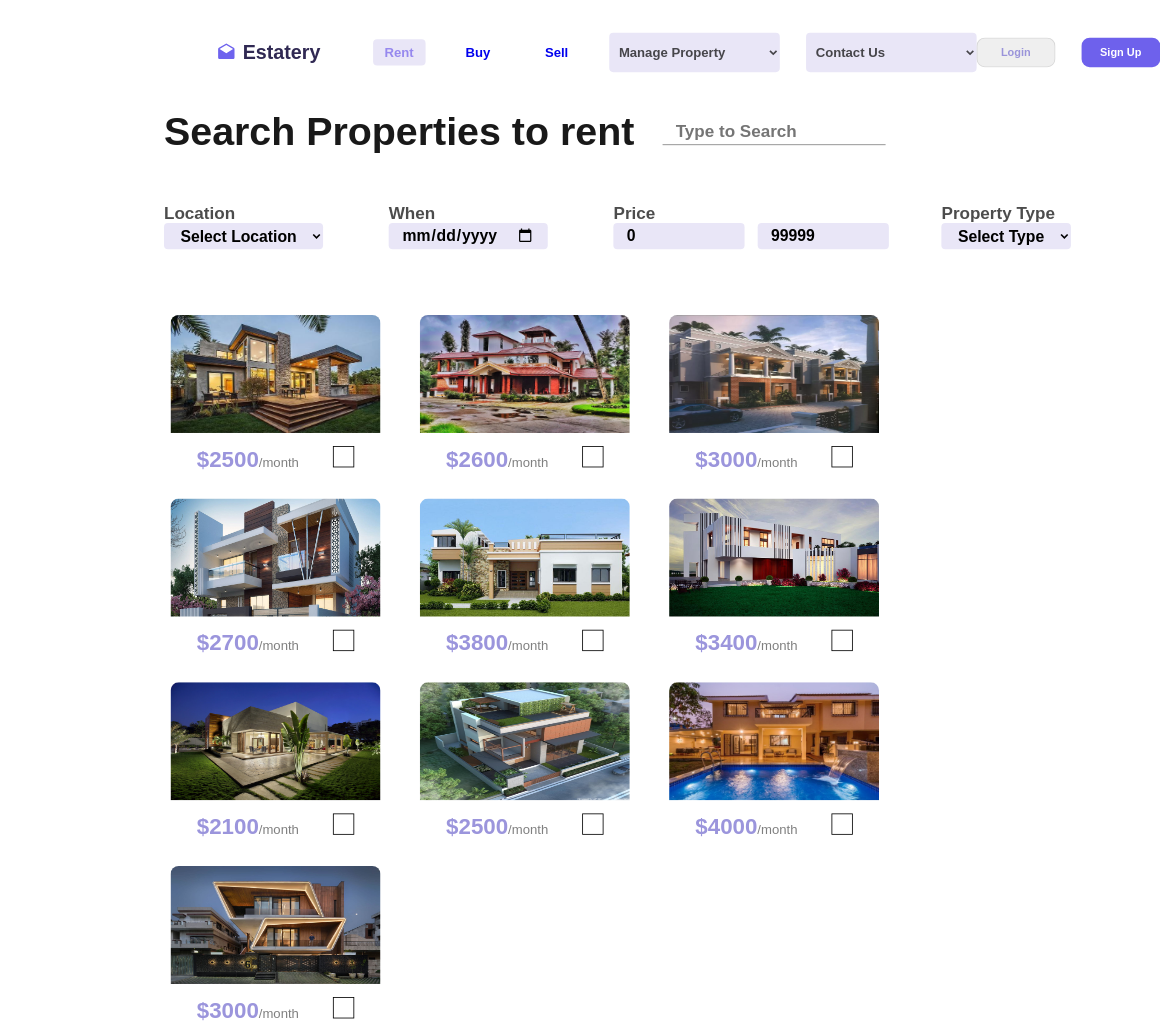
Repository: kapil4457/Reunion-Internship-Assignment
Page: /
An editor plug-in stored every save of this project. The page is shown before and after the next save, followed by the edit.
The browser window is 1280 px wide. The page is 1415 px wide, so the pictures cover 1415 px, including what lies to the right of the window. The pictures show the whole page, at 82% of full size.
The project was rebuilt for these pictures with package versions that can differ from the ones it lists, and the page was loaded fresh each time. Also part of the build but not shown: src/App.css.

Above is the page before, as saved 2022-10-07 18:30:51.

### public/index.html
<!DOCTYPE html>
<html lang="en">
  <head>
    <meta charset="utf-8" />
    <link rel="icon" href="%PUBLIC_URL%/favicon.ico" />
    <meta name="viewport" content="width=device-width, initial-scale=1" />
    <meta name="theme-color" content="#000000" />
    <meta
      name="description"
      content="Web site created using create-react-app"
    />
    <link href="https://fonts.googleapis.com/css2?family=Roboto:ital,wght@1,300&display=swap" rel="stylesheet">
    <link rel="apple-touch-icon" href="%PUBLIC_URL%/logo192.png" />
    <link rel="preconnect" href="https://fonts.googleapis.com">
    <link rel="preconnect" href="https://fonts.googleapis.com">
    <!--
      manifest.json provides metadata used when your web app is installed on a
      user's mobile device or desktop. See https://developers.google.com/web/fundamentals/web-app-manifest/
    -->
    <link rel="manifest" href="%PUBLIC_URL%/manifest.json" />
    <!--
      Notice the use of %PUBLIC_URL% in the tags above.
      It will be replaced with the URL of the `public` folder during the build.
      Only files inside the `public` folder can be referenced from the HTML.

      Unlike "/favicon.ico" or "favicon.ico", "%PUBLIC_URL%/favicon.ico" will
      work correctly both with client-side routing and a non-root public URL.
      Learn how to configure a non-root public URL by running `npm run build`.
    -->
    <title>React App</title>
  </head>
  <body>
    <noscript>You need to enable JavaScript to run this app.</noscript>
    <div id="root"></div>
    <!--
      This HTML file is a template.
      If you open it directly in the browser, you will see an empty page.

      You can add webfonts, meta tags, or analytics to this file.
      The build step will place the bundled scripts into the <body> tag.

      To begin the development, run `npm start` or `yarn start`.
      To create a production bundle, use `npm run build` or `yarn build`.
    -->
  </body>
</html>

### src/index.css
*{
  font-family: 'Poppins', sans-serif;
  font-weight:600;
}

/* Chrome, Safari, Edge, Opera */
input::-webkit-outer-spin-button,
input::-webkit-inner-spin-button {
  -webkit-appearance: none;
  margin: 0;
}

/* Firefox */
input[type=number] {
  -moz-appearance: textfield;
}

### src/App.js
import { Route, Routes } from 'react-router-dom';
import './App.css';
import Header from './components/Header/Header';
import Home from  './components/Home/Home'
import Rent from './components/Rent/Rent';

function App() {
  return (
    <>
    <Header />
    <Routes>
      <Route path='/' element={<Home/>}/>
      <Route path='/rent' element={<Rent/>}/>
    </Routes>
    </>
  );
}

export default App;

### src/components/Header/Header.jsx
import React from "react";
import DraftsIcon from "@mui/icons-material/Drafts";
import { NavLink } from "react-router-dom";
import "./Header.css";
const Header = () => {
  return (
    <>
      <div className="header">
        <div className="left">
          <div className="logo">
            <DraftsIcon />
            <span>Estatery</span>
          </div>
          <div className="categories">
            <NavLink
              to="/rent"
              className={({ isActive }) => (isActive ? "activeClass" : "")}
            >
              Rent
            </NavLink>
            <NavLink
              to="/buy"
              className={({ isActive }) => (isActive ? "activeClass" : "")}
            >
              Buy
            </NavLink>
            <NavLink
              to="/sell"
              className={({ isActive }) => (isActive ? "activeClass" : "")}
            >
              Sell
            </NavLink>
            <select name="" id="manage">
              <option value="Manage Property" hidden>
                Manage Property
              </option>
              <option value="Owned">Owned</option>
              <option value="BookMarked">BookMarked</option>
            </select>
            <select name="" id="resources">
              <option value="contact">Contact Us</option>
              <option value="FAQ">FAQ</option>
            </select>
          </div>
        </div>
        <div className="right">
          <button className="login">Login</button>
          <button className="sign-up">Sign Up</button>
        </div>
      </div>
    </>
  );
};

export default Header;

### src/components/Home/Home.jsx
import React, { useEffect } from "react";
import { useNavigate } from "react-router-dom";

const Home = () => {
  const navigate = useNavigate();
  useEffect(() => {
    navigate("/rent");
  });
  return <></>;
};

export default Home;

### src/components/Rent/Rent.jsx
import React, { useState } from "react";
import { home } from "../../home";
import RentCard from "../RentCard/RentCard";
import "./Rent.css";
const Rent = () => {
  const [location, setlocation] = useState("");
  const [rangeMin, setMinRange] = useState(0);
  const [rangeMax, setMaxRange] = useState(99999);
  const [type, setType] = useState("");
  const [date, setDate] = useState(new Date());
  const [typed, setTyped] = useState("");

  //date -> YY/MM/DD format
  const filtering = (val) => {
    var dateNow = new Date(val.moveIn);
    var date2 = new Date(date);

    if (
      (location === "" || location == val.state) &&
      (parseInt(rangeMax) > val.price || rangeMax == "") &&
      (parseInt(rangeMin) < val.price || rangeMin == "") &&
      type === "" &&
      date2 <= dateNow &&
      (typed === "" || val.state.includes(typed) || val.address.includes(typed))
    ) {
      console.log(date2, dateNow);
      return true;
    }
  };
  return (
    <>
      <div className="rent-main">
        <div className="first">
          <div className="heading">Search Properties to rent</div>
          <input
            className="search-bar"
            placeholder="Type to Search"
            value={typed}
            onChange={(e) => {
              setTyped(e.target.value);
            }}
          />
        </div>
        <div className="second">
          <div>
            <span>Location</span>
            <select
              name=""
              id=""
              onChange={(e) => {
                setlocation(e.target.value);
              }}
            >
              <option value="" hidden>
                Select Location
              </option>
              <option value="Bathinda">Bathinda</option>
              <option value="Nagpur">Nagpur</option>
              <option value="Lonavala">Lonavala</option>
              <option value="Chandigarh">Chandigarh</option>
              <option value="Pune">Pune</option>
              <option value="Shimla">Shimla</option>
              <option value="Kochi">Kochi</option>
              <option value="Banaras">Banaras</option>
              <option value="Banglore">Banglore</option>
              <option value="Aurangabad">Aurangabad</option>
            </select>
          </div>
          <div>
            <span>When</span>
            <input
              type="date"
              onChange={(e) => {
                setDate(e.target.value);
              }}
            />
          </div>
          <div>
            <span>Price</span>
            <div>
              {/* <input
                type="range"
                name=""
                className="price-range"
                max={10000}
                min={500}
                onChange={(e) => {
                  setRange(e.target.value);
                }}
              />
              <span>{range}</span> */}
              <input
                type="number"
                placeholder="Minimum"
                value={rangeMin}
                onChange={(e) => {
                  setMinRange(e.target.value);
                }}
              />
              <input
                type="number"
                placeholder="Maximum"
                value={rangeMax}
                onChange={(e) => {
                  setMaxRange(e.target.value);
                }}
              />
            </div>
          </div>
          <div>
            <span>Property Type</span>
            <select
              name=""
              id=""
              onChange={(e) => {
                setType(e.target.value);
              }}
            >
              <option value="" hidden>
                Select Type
              </option>
              <option value="">Villa</option>
              <option value="">Flats</option>
              <option value="">RowHouse</option>
            </select>
          </div>
        </div>
        <div className="rent-cards">
          {home.filter(filtering).map((item, idx) => (
            <RentCard data={item} key={idx} />
          ))}
        </div>
      </div>
    </>
  );
};

export default Rent;

### src/components/Header/Header.css

.header{
display:flex;
justify-content:space-between;
align-items:center;
padding:2rem 4rem;
}

.left{
    display:flex;
    align-items:center;
    gap:4rem;
}
.left > .logo{
    display:flex;
    align-items:center;
    gap:0.5rem;
    font-size:1.5rem;
    font-weight:650;
    color:rgb(48,41,83);
}

.left > .logo > svg{
    color:rgb(110,99,238);
}

.categories{
    display:flex;
    align-items:center;
    gap:2rem;
}

.categories > a{
    text-decoration:none;
    font-weight:550;
    height:2rem;
    display:flex;
    align-items:center;
    width:4rem;
    justify-content: center;
}

.activeClass{
    color:rgb(150, 136, 238);
    background-color: rgb(233,230,247);
    border-radius: 5px;
}

.categories > select{
    width:13rem;
    height:3rem;
    border:none;
    outline:none;
    color:rgba(0,0,0,0.7);
    font-weight:550;
    background-color:rgb(233,230,247);
    border-radius:5px;
    padding:0 0.5rem;
    font-size:1rem;
}

.categories > select > option{
    font-size:1rem;
    font-weight:550;

}
.right{
    display:flex;
    align-items:center;
    gap:2rem;

}

.right > button {
    width:6rem;
    height:2.3rem;
    border-radius:10px;
    outline:none;

}

.login{
border:1px solid rgba(0,0,0,0.1);
color:rgb(154, 148, 218);
font-weight:650;
cursor:pointer;
}

.sign-up
{
    background-color:rgb(110,97,236);
    color:white;
    cursor:pointer;
    border:none;
}

### src/home.js
export const home = [

        {
            state:"Nagpur",
            price:2500,
            address:" Lorem ipsum dolor sit amet consectetur adipisicing elit. Quis",
            bedCount:2,
            bathCount:2,
            area:"8x10",
            image:"h1.jpg",
            moveIn:new Date(2022,10,20),
            type:"Villa"

        },
        {
            state:"Lonavala",
            price:2600,
            address:" Lorem ipsum dolor sit amet consectetur adipisicing elit. Quis",
            bedCount:2,
            bathCount:2,
            area:"8x12",
            image:"h2.jpg",
            moveIn:new Date(2022,11,20),
            type:"Flats"



        },     {
            state:"Bathinda",
            price:3000,
            address:" Lorem ipsum dolor sit amet consectetur adipisicing elit. Quis",
            bedCount:3,
            bathCount:2,
            area:"10x12",
            image:"h3.jpg",
            moveIn:new Date(2022,11,12),
            type:"RowHouse"



        },     {
            state:"Chandigarh",
            price:2700,
            address:" Lorem ipsum dolor sit amet consectetur adipisicing elit. Quis",
            bedCount:2,
            bathCount:2,
            area:"10x10",
            image:"h4.jpg",
            moveIn:new Date(2023,1,20),
            type:"Villa"



        },     {
            state:"Pune",
            price:3800,
            address:" Lorem ipsum dolor sit amet consectetur adipisicing elit. Quis",
            bedCount:3,
            bathCount:3,
            area:"8x10",
            image:"h5.jpg",
            moveIn:new Date(2023,1,10),
            type:"Flats"


        },     {
            state:"Shimla",
            price:3400,
            address:" Lorem ipsum dolor sit amet consectetur adipisicing elit. Quis",
            bedCount:3,
            bathCount:2,
            area:"12x10",
            image:"h6.jpg",
            moveIn:new Date(2023,2,15),
            type:"RowHouse"



        },     {
            state:"Kochi",
            price:2100,
            address:" Lorem ipsum dolor sit amet consectetur adipisicing elit. Quis",
            bedCount:2,
            bathCount:2,
            area:"9x10",
            image:"h7.jpg",
            moveIn:new Date(2023 , 2 ,15),
            type:"Villa"


        },     {
            state:"Banaras",
            price:2500,
            address:" Lorem ipsum dolor sit amet consectetur adipisicing elit. Quis",
            bedCount:2,
            bathCount:2,
            area:"8x10",
            image:"h8.jpg",
            moveIn:new Date(2023 , 3 ,19),
            type:"Flats"



        },     {
            state:"Banglore",
            price:4000,
            address:" Lorem ipsum dolor sit amet consectetur adipisicing elit. Quis",
            bedCount:3,
            bathCount:2,
            area:"10x14",
            image:"h9.jpg",
            moveIn:new Date(2023 , 5 , 19),
            type:"RowHouse"



        },     {
            state:"Aurangabad",
            price:3000,
            address:" Lorem ipsum dolor sit amet consectetur adipisicing elit. Quis",
            bedCount:2,
            bathCount:2,
            area:"8x10",
            image:"h10.jpg",
            moveIn:new Date(2023 , 6 , 6),
            type:"Villa"



        },

]

### src/components/RentCard/RentCard.jsx
import React from "react";
import "./RentCard.css";
import FavoriteBorderIcon from "@mui/icons-material/FavoriteBorder";
const RentCard = ({ data }) => {
  console.log(data);
  return (
    <div className="rent-card-main">
      <div className="main-image">
        <img src={`${data.image}`} alt="" />
      </div>
      <div className="rent-card-info">
        <div className="rent-card-price">
          <div>
            <span>${data.price}</span>/month
          </div>
          <FavoriteBorderIcon />
        </div>
      </div>
    </div>
  );
};

export default RentCard;

### src/components/Rent/Rent.css
body{

    padding:0 12rem;
}

.first{
    display:flex;
    height:5rem;
    justify-content: space-between;
    align-items:center;
    margin-bottom:3rem;
}

.first > .heading{
    font-size:3rem;
    font-weight:650;
    color:rgba(0,0,0,0.9);
}

.first > .search-bar{
    width:15rem;
    padding:0 1rem;
    border:none;
    border-bottom:1px solid gray;
    outline:none;
    height:2rem;
    font-size:1.3rem;
}
.second > div >select {
    font-size:1.2rem;
    height:2rem;
    padding:0 1rem;
    border-radius:5px;
    border:none;
    outline:none;
    background-color:rgb(233,230,247);
}
.second > div >input  , .second > div >div>input {
    font-size:1.2rem;
    height:2rem;
    border-radius:5px;
    border:none;
    outline:none;
    padding:0 1rem;

    background-color:rgb(233,230,247);
}

.second > div >div{
display:flex;
gap:1rem;

}
.second > div >div>input{
width:8rem;

}
.second{
    display: flex;
    gap:5rem;
}
.second>div{
    display:flex;
    flex-direction: column;
    width:20rem;
}

.second >div>span{
    color:rgba(0,0,0,0.7);
    font-size:1.3rem;
    font-weight:550;
}


.rent-cards{
    display:grid;
    grid-template-columns: 1fr 1fr 1fr;
    margin-top:5rem;
    place-items:center;
    gap:2rem;
    border-radius:10px;
}

### src/components/RentCard/RentCard.css

.main-image{
    width:20vw;
    border-radius:10px 10px 0 0;
    height:20vh;
}
.rent-card-info{
    padding:1rem 2rem 0 2rem;

}

.main-image > img{
    border-radius:10px 10px 0 0;
width:100%;
height:100%;
}

.rent-card-price{
    display:flex;
    justify-content:space-between;

}
.rent-card-price >div{
    color:gray;
    font-weight: 500;
}
.rent-card-price > svg{
    color:white;
    border:1px solid black;
}

.rent-card-price >div > span{
    font-size:1.7rem;
    font-weight:600;
    color:rgb(155,149,220);
}

Loaded but not shown: src/index.js (common file); src/reportWebVitals.js (common file)

After the next save:
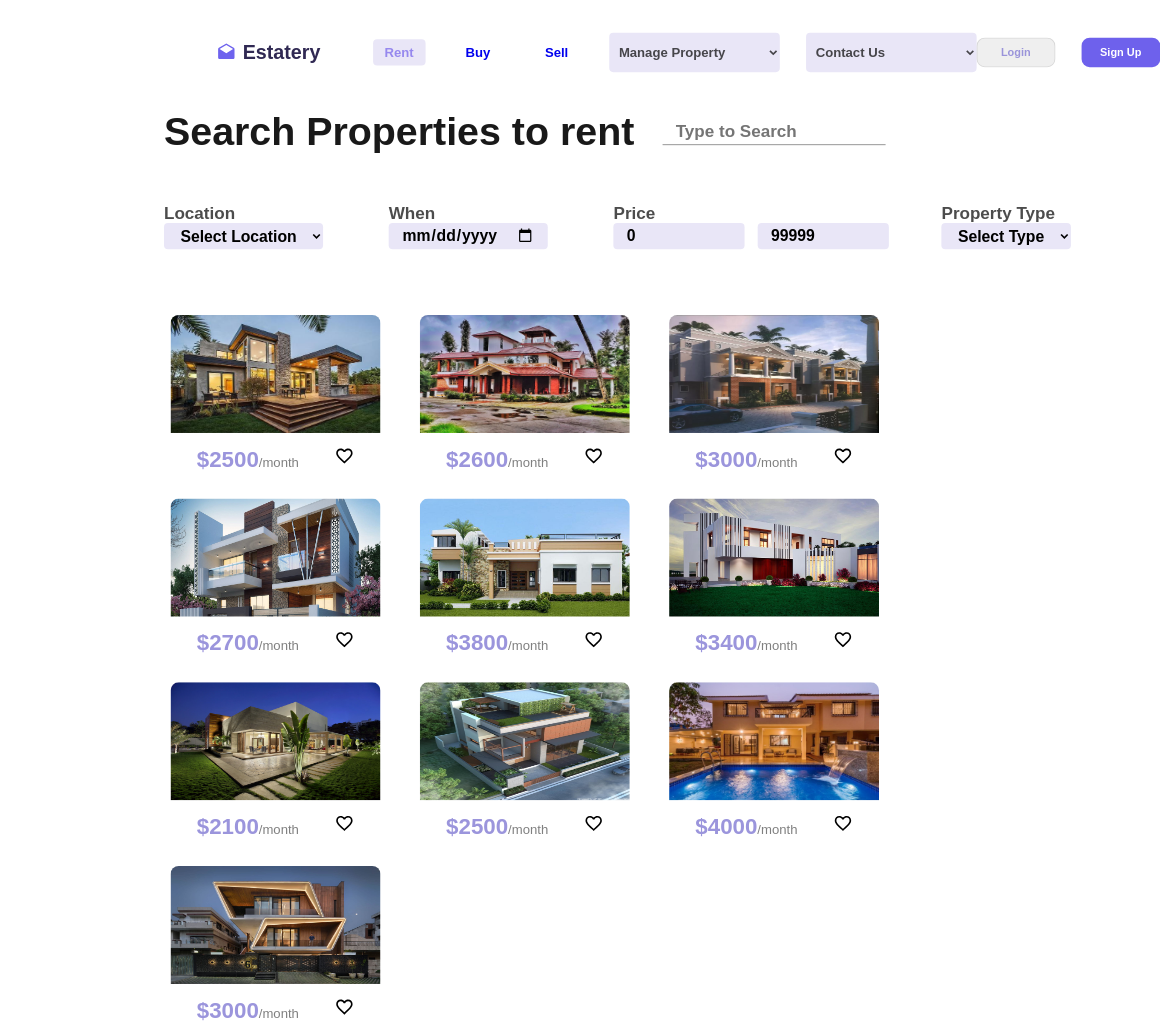
Saved 8 s later.
--- a/src/components/RentCard/RentCard.css
+++ b/src/components/RentCard/RentCard.css
@@ -24,10 +24,10 @@ height:100%;
     color:gray;
     font-weight: 500;
 }
-.rent-card-price > svg{
+/* .rent-card-price > svg{
     color:white;
     border:1px solid black;
-}
+} */
 
 .rent-card-price >div > span{
     font-size:1.7rem;
